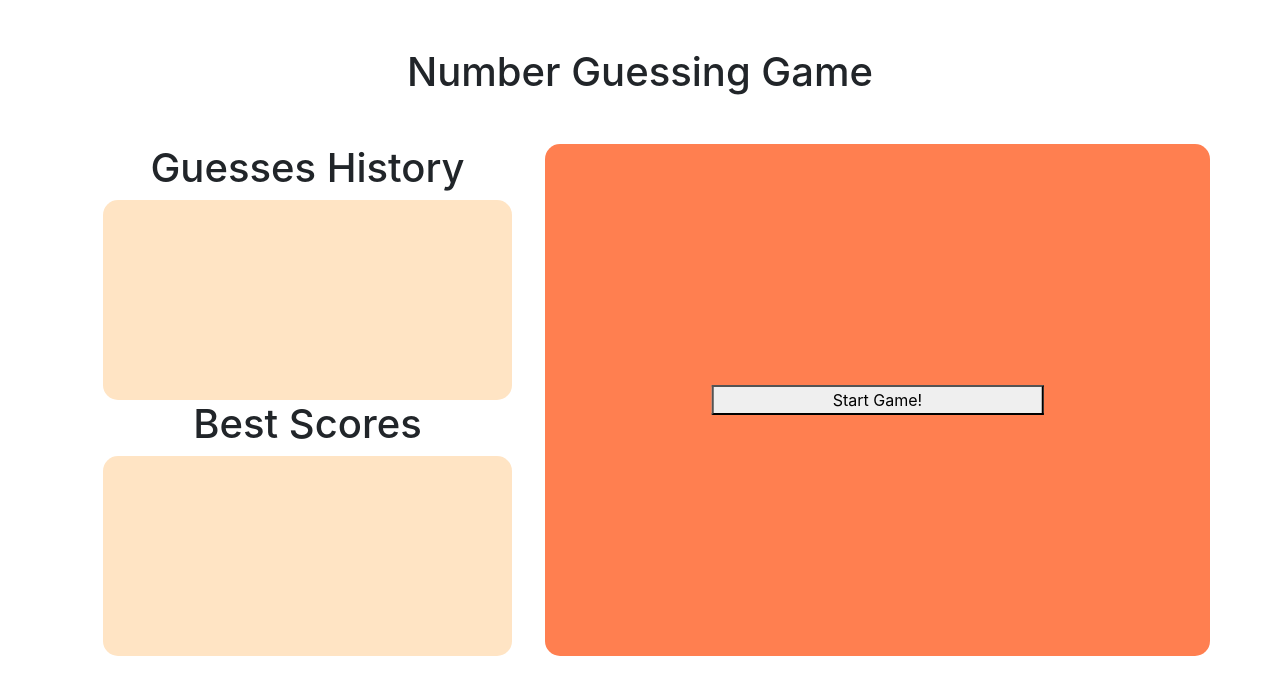
Repository: tts2610/NumberGuessingGame
Page: index.html
These files come from the project's save history. The page is drawn as it stood at one moment and after the next save; the edit follows.
The browser window is 1280 px wide. The pictures show the whole page.

Above is the page before, as saved 2020-05-13 13:04:01.

### index.html
<!DOCTYPE html>
<html lang="en">

<head>
    <meta charset="UTF-8">
    <meta name="viewport" content="width=device-width, initial-scale=1.0">
    <title>Document</title>
    <link rel="stylesheet" href="https://maxcdn.bootstrapcdn.com/bootstrap/4.4.1/css/bootstrap.min.css">

    <!-- jQuery library -->
    <script src="https://ajax.googleapis.com/ajax/libs/jquery/3.4.1/jquery.min.js"></script>

    <!-- Popper JS -->
    <script src="https://cdnjs.cloudflare.com/ajax/libs/popper.js/1.16.0/umd/popper.min.js"></script>

    <!-- Latest compiled JavaScript -->
    <script src="https://maxcdn.bootstrapcdn.com/bootstrap/4.4.1/js/bootstrap.min.js"></script>
    <link rel="stylesheet" href="css/style.css">

</head>

<body>

    <section class="container py-5 numberGuessingBox">
        <h1 style="text-align: center;" class="mb-5">Number Guessing Game</h1>
        <div class="row">
            <div class="col-5 left_handSide px-5">
                <h1 style="text-align: center;">Guesses History</h1>
                <div class="row box-1"></div>
                <h1 style="text-align: center;">Best Scores</h1>
                <div class="row box-2"></div>
            </div>
            <div class="col-7 right_handSide px-5">
                <button onclick="startGame()" id="startGameBtn">Start Game!</button>
                <div id="inputDiv">
                    <div class="customForm py-5">
                        <input type="number" class="form-control" id="guess" placeholder="Enter your guess here:">
                        <div class="submitBtn">
                            <button type="button" class="btn btn-primary mt-4">Guess</button>
                            <button type="button" class="btn btn-danger mt-4">Reset</button>
                        </div>
                    </div>
                    <div class="result">
                        <p>Guess Remaining: 5</p>
                        <p>Time Remaining: 30s</p>
                        <p>Result:</p>
                    </div>
                </div>


            </div>
        </div>
    </section>

    <script src="js/script.js"></script>
</body>

</html>

### css/style.css
.numberGuessingBox .row .left_handSide .box-1 {
    background-color: bisque;
    height: 200px;
    border-radius: 15px;
}

.numberGuessingBox .row .left_handSide .box-2 {
    background-color: bisque;
    height: 200px;
    border-radius: 15px;
}

.numberGuessingBox .row .right_handSide {
    background-color: coral;
    border-radius: 15px;
    width: auto;
}

.numberGuessingBox .row .right_handSide .customForm {
    width: 50%;
    position: absolute;
    top: 30%;
    left: 50%;
    transform: translate(-50%, -50%);
}

.numberGuessingBox .row .right_handSide .result {
    width: 50%;
    position: absolute;
    top: 65%;
    left: 50%;
    transform: translate(-50%, -50%);
    font-size: xx-large;
    text-align: center;
}

.numberGuessingBox .row .right_handSide .customForm .submitBtn {
    display: flex;
    justify-content: space-around;
}

#inputDiv {
    display: none;
}

#startGameBtn {
    width: 50%;
    position: absolute;
    top: 50%;
    left: 50%;
    transform: translate(-50%, -50%);
}

### js/script.js
let div = document.getElementById("inputDiv");
let startGameBtn = document.getElementById("startGameBtn");
$(document).ready(function() {
    div.style.display = "none";
});

function startGame() {
    if (div.style.display === "none") {
        div.style.display = "block";
        startGameBtn.style.display = "none";
    }
}

After the next save:
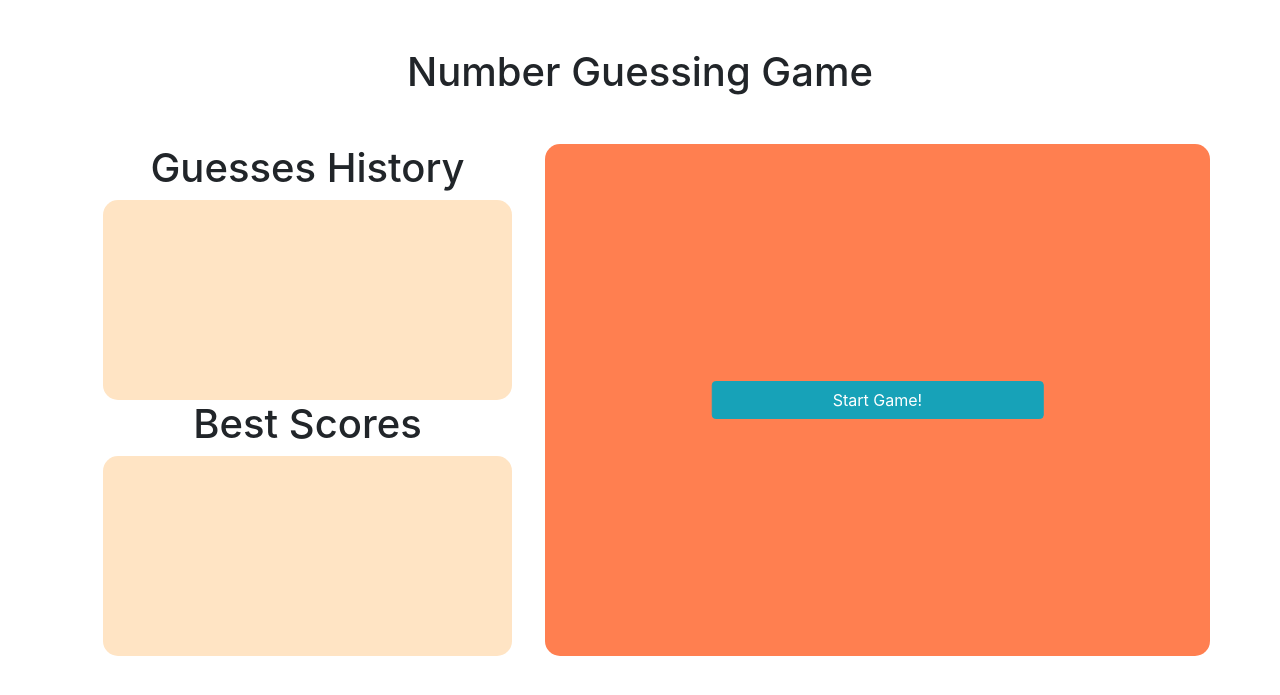
Saved 41 s later.
--- a/index.html
+++ b/index.html
@@ -31,7 +31,7 @@
                 <div class="row box-2"></div>
             </div>
             <div class="col-7 right_handSide px-5">
-                <button onclick="startGame()" id="startGameBtn">Start Game!</button>
+                <button onclick="startGame()" class="btn btn-info" id="startGameBtn">Start Game!</button>
                 <div id="inputDiv">
                     <div class="customForm py-5">
                         <input type="number" class="form-control" id="guess" placeholder="Enter your guess here:">
